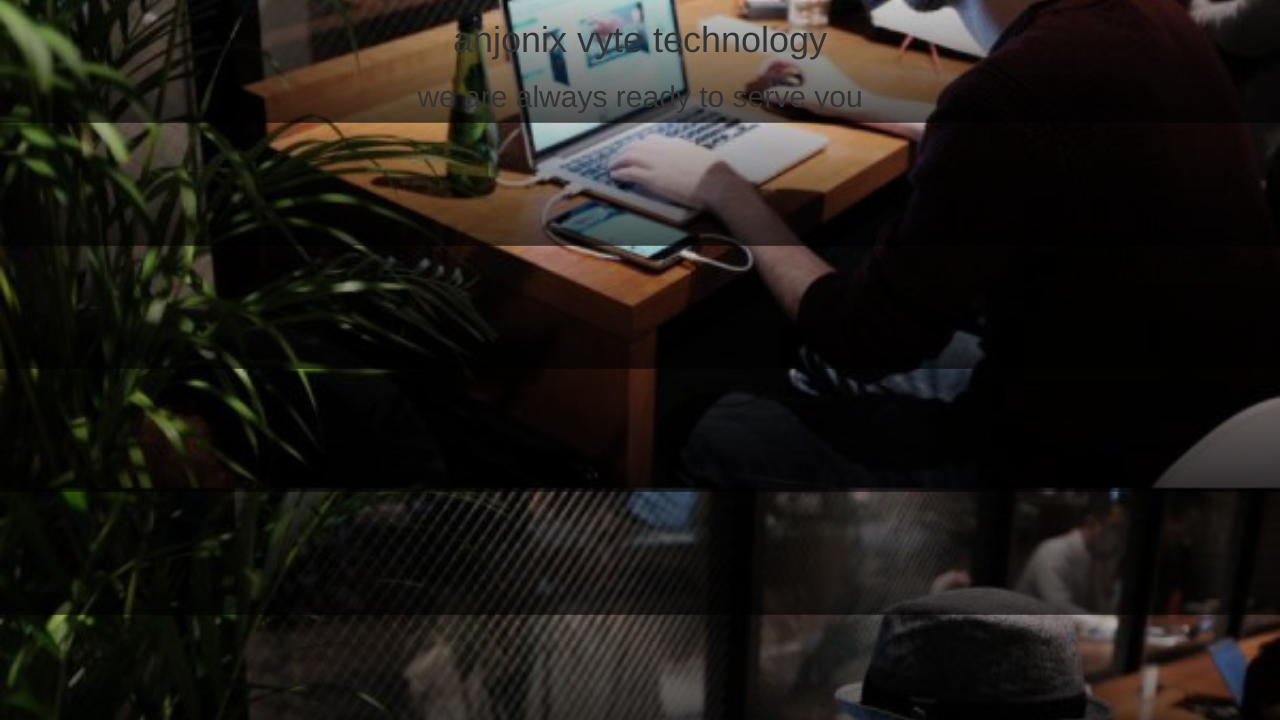
Repository: anjonix/Responsive-Website
Page: contact-form.html
These files come from the project's save history. The page is drawn as it stood at one moment and after the next save; the edit follows.
The browser window is 1280 px wide. The pictures show the whole page.

Above is the page before, as saved 2019-07-09 14:00:20.

### contact-form.html
<!DOCTYPE html>
<!DOCTYPE html>
<html lang="en">
<head>
    <meta charset="UTF-8">
    <meta name="viewport" content="width=device-width, initial-scale=1.0">
    <meta http-equiv="X-UA-Compatible" content="ie=edge">
    <link rel="stylesheet" href="CSS/Contactform style.css">
     <!-- Latest compiled and minified CSS -->
    <link rel="stylesheet" href="https://maxcdn.bootstrapcdn.com/bootstrap/3.4.0/css/bootstrap.min.css">

    <!-- jQuery library -->

    <script src="https://ajax.googleapis.com/ajax/libs/jquery/3.4.1/jquery.min.js"></script>

    <!-- Latest compiled JavaScript -->
    <script src="https://maxcdn.bootstrapcdn.com/bootstrap/3.4.0/js/bootstrap.min.js"></script>
    <title>Contact Form</title>
</head>
<body>
        <div class="Contactform">
            <h1>anjonix vyte technology</h1>
            <h2>we are always ready to serve you</h2>
        </div>
</body>
</html>

### CSS/Contactform style.css
body
{
    margin-top: 0;
    padding:0;
    text-align: center;
    background:linear-gradient(rgba(0,0,0,0.2),rgba(0, 0, 0, 0.7)),url(..//Images/image7.jpg);
    background-size: cover;
    background-position: center;
    font-family: sans-serif
}

After the next save:
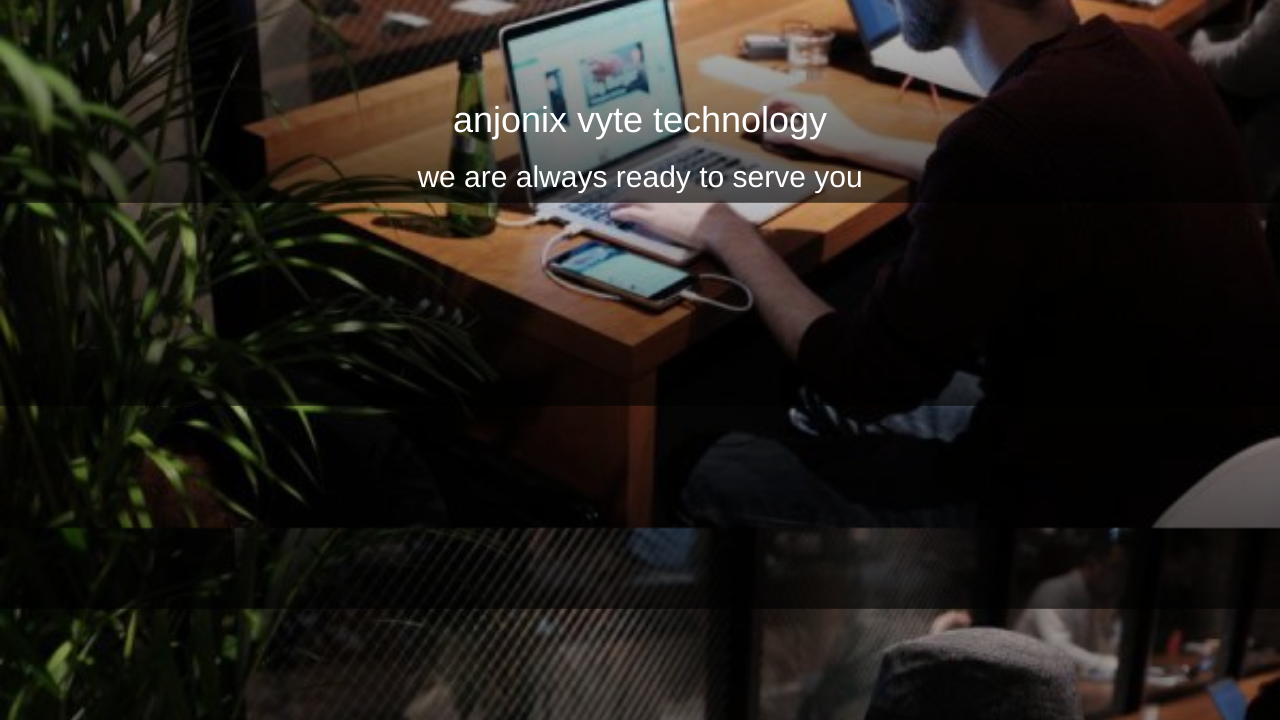
Saved 65 s later.
--- a/CSS/Contactform style.css
+++ b/CSS/Contactform style.css
@@ -8,3 +8,8 @@
     background-position: center;
     font-family: sans-serif
 }
+.Contactform
+{
+    margin-top: 100px;
+    color: #fff;
+}
